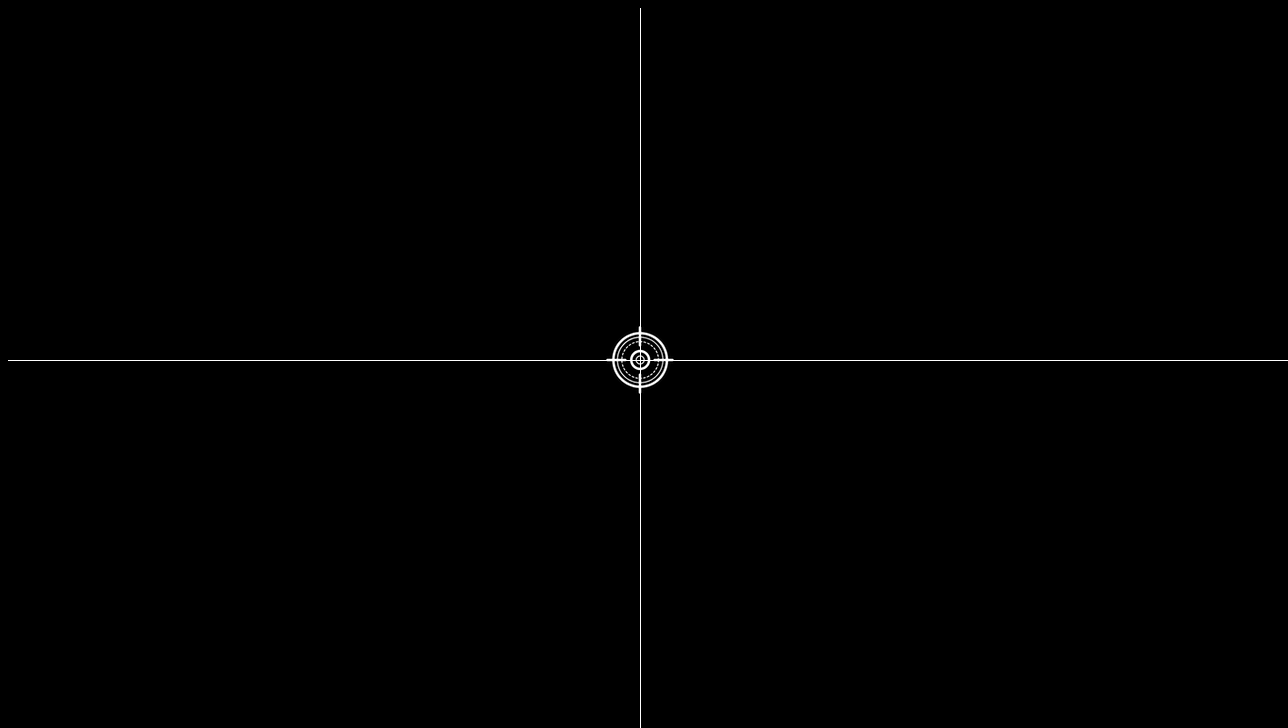
Repository: rladpwl0512/dreamcoding_browser101
Page: (2) coordinates/index.html
An editor plug-in stored every save of this project. The page is shown before and after the next save, followed by the edit.
The browser window is 1280 px wide. The page is 1288 px wide, so the pictures cover 1288 px, including what lies to the right of the window. The pictures show the whole page.

Above is the page before, as saved 2021-09-30 00:35:19.

After the next save:
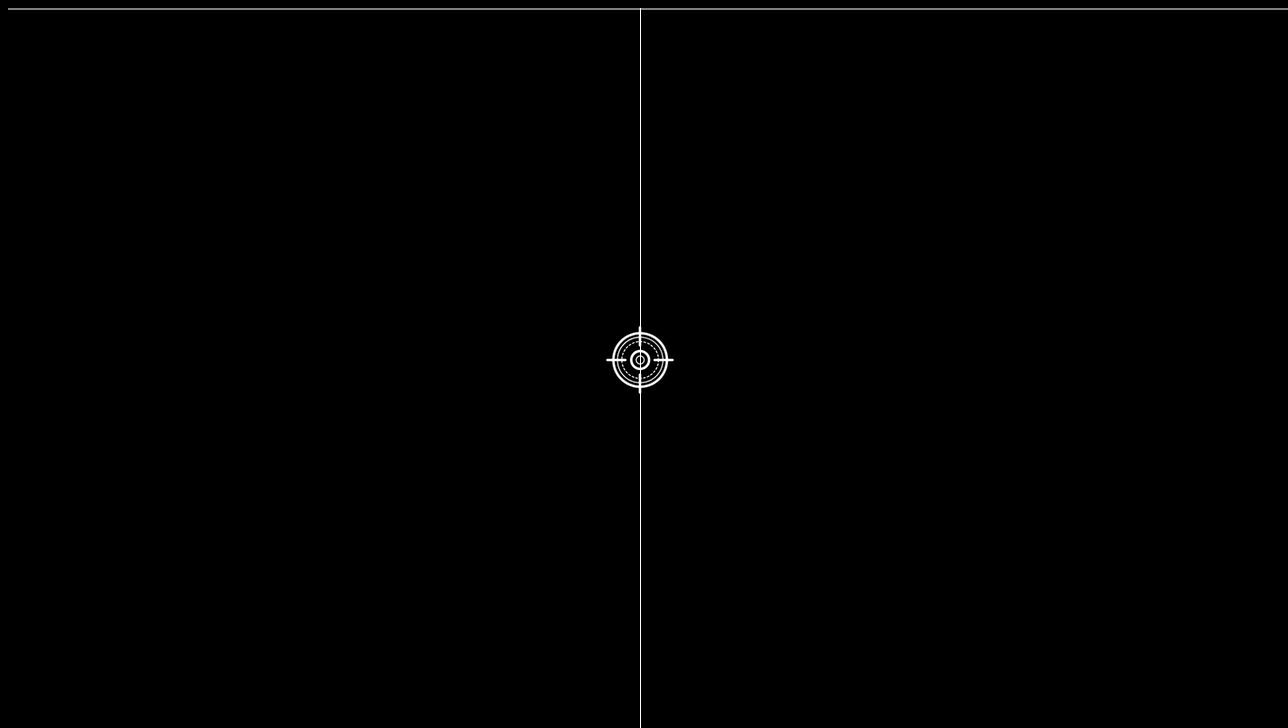
Saved 18 h 4 min later.
--- a/(2) coordinates/style.css
+++ b/(2) coordinates/style.css
@@ -9,7 +9,7 @@ body {
 .horizon {
   width: 100%;
   height: 1px;
-  top: 50%; /*top에서 중간지점*/
+  transform: translate(0, 50%);
 }
 
 .vertical {
